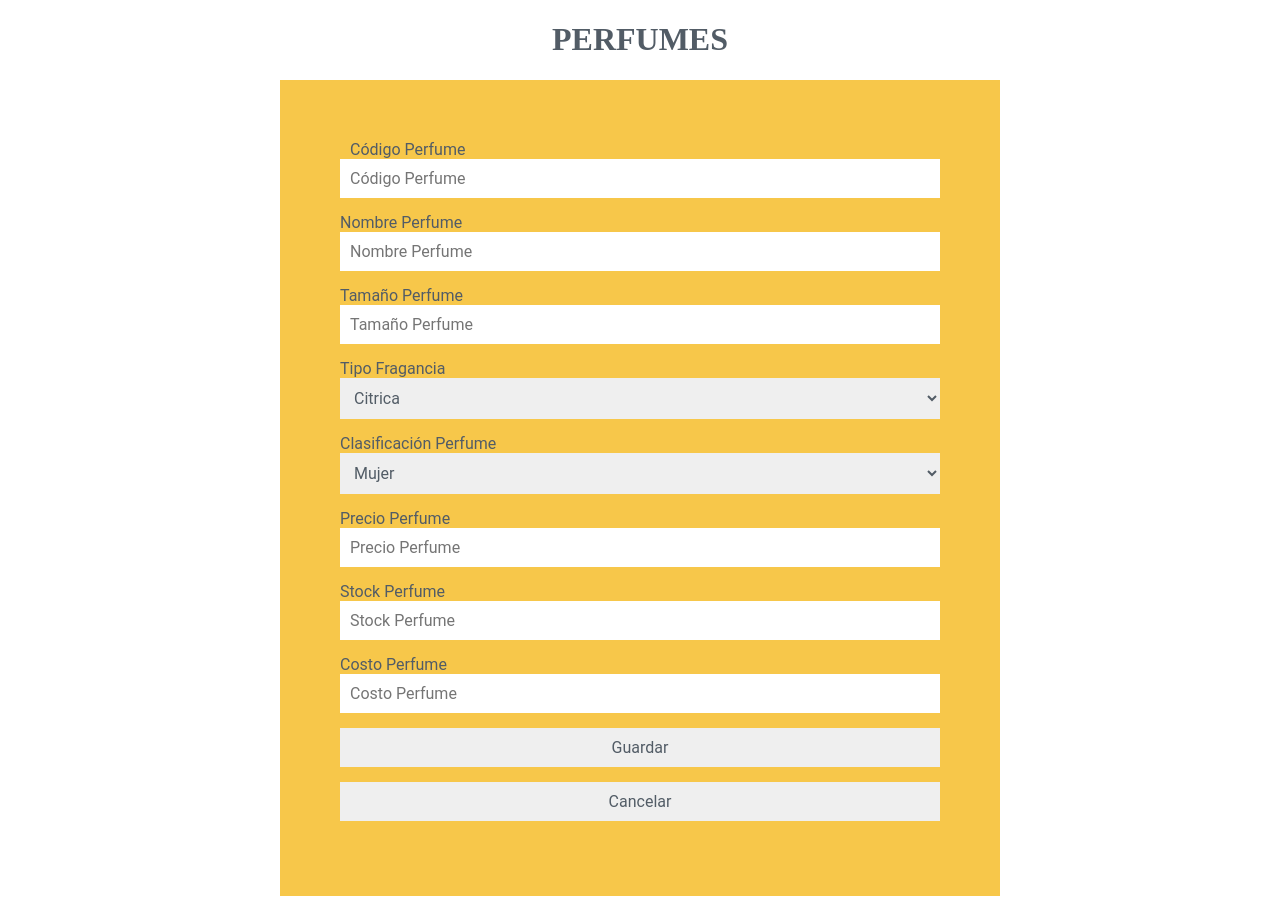
Repository: alejamorenovallejo/arosmile
Page: perfume.html
The author's editor kept a copy of each file at every save. The page is drawn from the files as they stood at one save, then again after the next save.
The browser window is 1280 px wide. The pictures show the whole page.

Above is the page before, as saved 2021-09-12 02:21:38.
Not found: main.js

### perfume.html
<!DOCTYPE html>
<html>
  <head>
    <meta charset="utf-8" />
    <meta http-equiv="X-UA-Compatible" content="IE=edge" />
    <title>Perfumes</title>
    <meta name="viewport" content="width=device-width, initial-scale=1" />
    <link
      rel="stylesheet"
      type="text/css"
      media="screen"
      href="css/style.css"
    />
    <script src="main.js"></script>
  </head>
  <body>
    <header></header>
    <main>
        <h1>PERFUMES</h1>
        <form action="" method="POST">
          <label for="codigo_perfume">
            <span>Código Perfume</span>
            <input
              type="text"
              id="codigo_perfume"
              name="codigo_perfume"
              placeholder="Código Perfume"
            />
          </label>
          <label for="nombre_perfume">
            <span>Nombre Perfume</span>
            <input
              type="text"
              id="nombre_perfume"
              name="nombre_perfume"
              placeholder="Nombre Perfume"
            />
          </label>
          <label for="tamano_perfume">
            <span>Tamaño Perfume</span>
            <input
              type="number"
              id="tamano_perfume"
              name="tamano_perfume"
              placeholder="Tamaño Perfume"
            />
          </label>
          <label for="tipo_frangancia">
            <span>Tipo Fragancia</span>
            <select
              name="tipo_frangancia"
              id="tipo_frangancia"
              placeholder="Tipo Fragancia"
            >
              <option value="1">Citrica</option>
            </select>
          </label>
          <label for="clasificacion_perfume">
            <span>Clasificación Perfume</span>
            <select
              name="clasificacion_perfume"
              id="clasificacion_perfume"
              placeholder="Clasificación Perfume"
            >
              <option value="1">Mujer</option>
              <option value="2">Hombre</option>
              <option value="3">Infantil</option>
            </select>
          </label>
          <label for="precio_perfume">
            <span>Precio Perfume</span>
            <input
              type="number"
              id="precio_perfume"
              name="precio_perfume"
              placeholder="Precio Perfume"
            />
          </label>
          <label for="stock_perfume">
            <span>Stock Perfume</span>
            <input
              type="number"
              id="stock_perfume"
              name="stock_perfume"
              placeholder="Stock Perfume"
            />
          </label>
          <label for="costo_perfume">
            <span>Costo Perfume</span>
            <input
              type="number"
              id="costo_perfume"
              name="costo_perfume"
              placeholder="Costo Perfume"
            />
          </label>
          <input
            type="submit"
            id="guardar_perfume"
            name="guardar_perfume"
            value="Guardar"
          />
          <input
            type="button"
            id="cancelar_perfume"
            name="cancelar_perfume"
            value="Cancelar"
          />
        </form>
    </main>
  </body>
</html>

### css/style.css
form {
  padding: 60px;
  max-width: 600px;
  background-color: #F7C74A;
  margin: 0 auto;
}
form input, form select,form label{
    margin-bottom: 15px;
    font-family: "Roboto", sans-serif;
    width: 100%;
    padding: 10px;
    -webkit-box-sizing: border-box;
    box-sizing: border-box;
    border: none;
    color: #525c66;
    font-size: 1em;
    resize: horizontal;
}

h1 {
    text-align: center;
    color: #525c66;

}

After the next save:
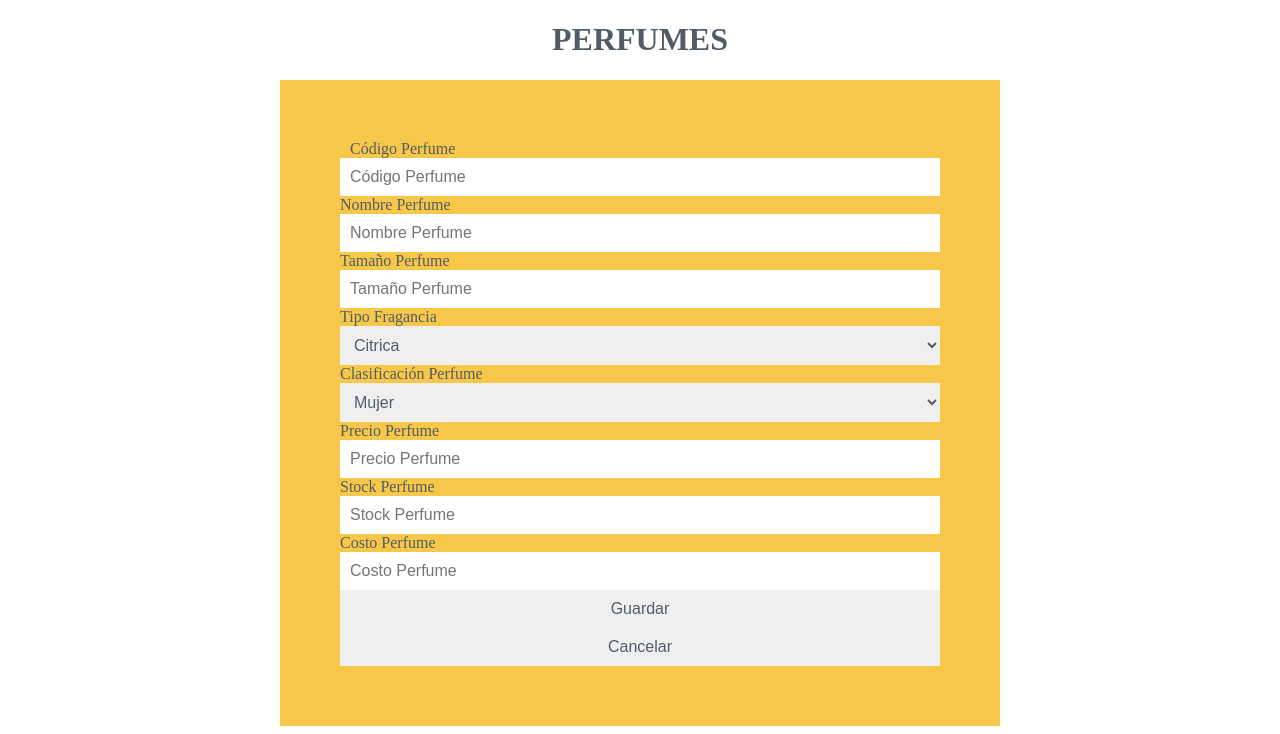
Saved 64 s later.
--- a/css/style.css
+++ b/css/style.css
@@ -5,8 +5,6 @@ form {
   margin: 0 auto;
 }
 form input, form select,form label{
-    margin-bottom: 15px;
-    font-family: "Roboto", sans-serif;
     width: 100%;
     padding: 10px;
     -webkit-box-sizing: border-box;
